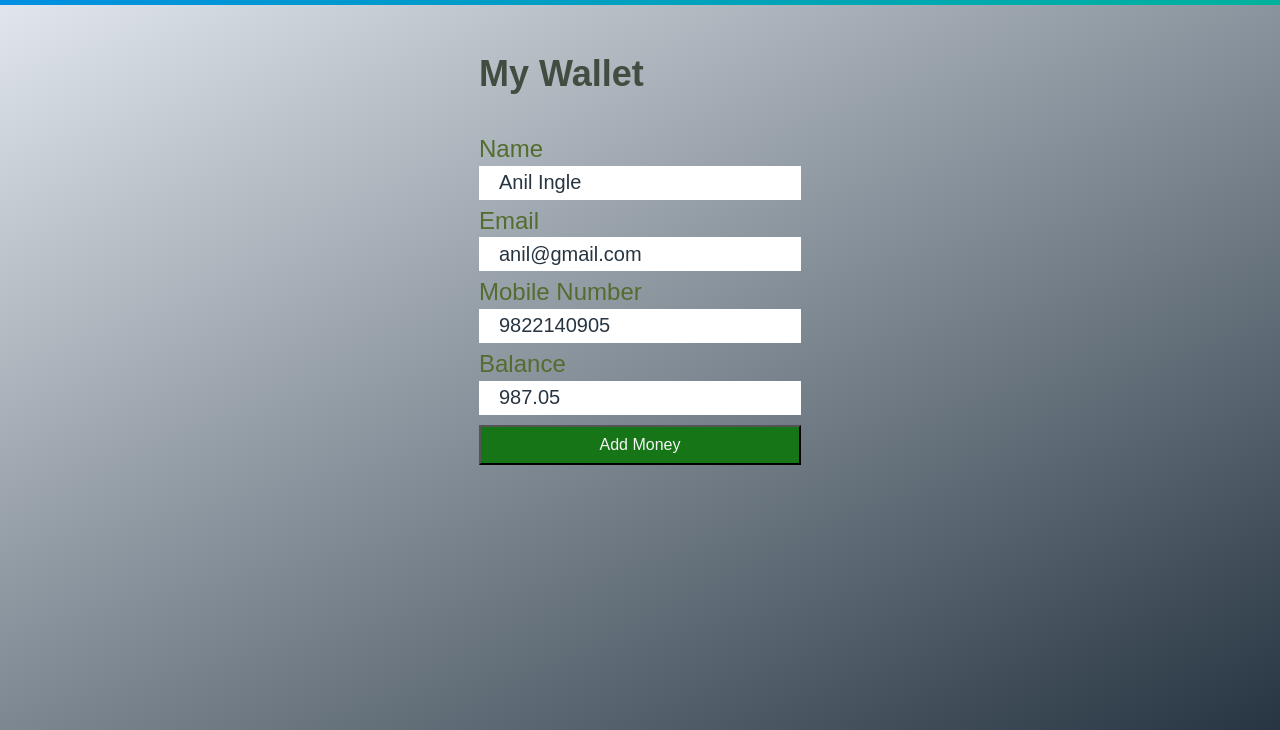
Repository: anil-ingle/dac-proj
Page: onlineparking/src/main/webapp/layout/user/wallet.html
These files come from the project's save history. The page is drawn as it stood at one moment and after the next save; the edit follows.
The browser window is 1280 px wide. The pictures show the whole page.

Above is the page before, as saved 2018-07-29 17:04:40.
Console error: TypeError: Cannot read properties of null (reading 'fName')

After the next save:
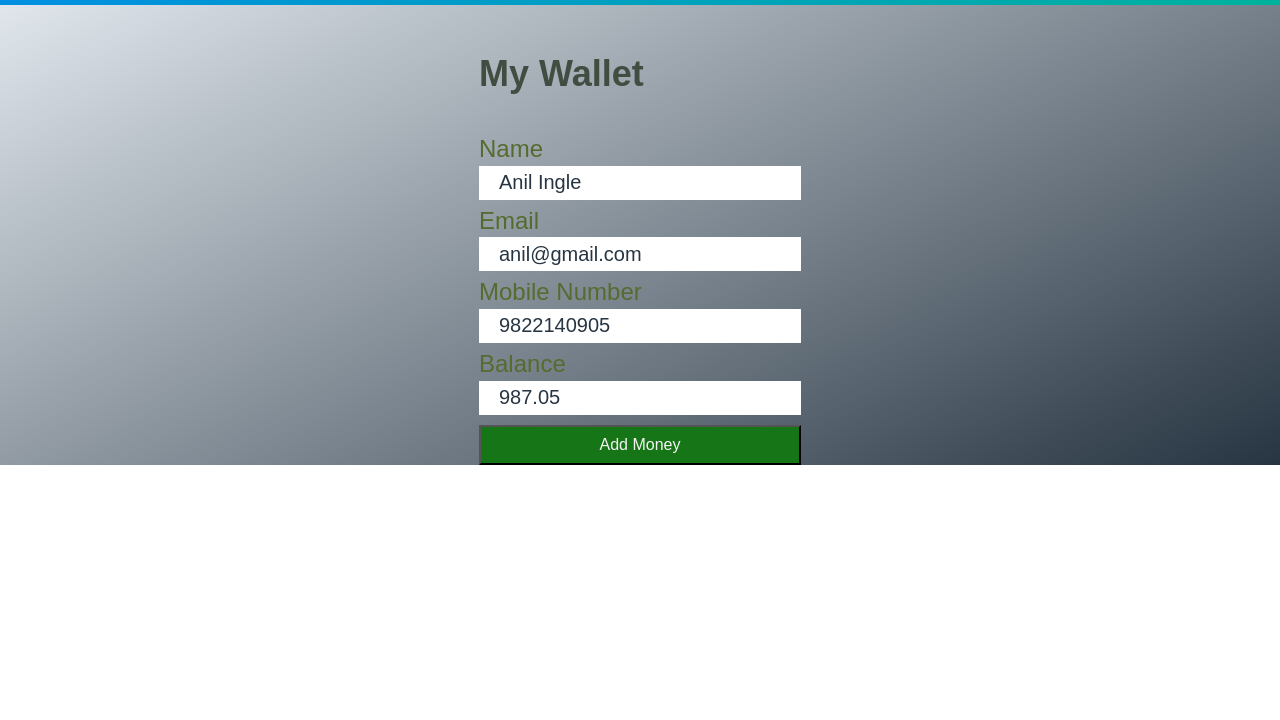
Saved 8 s later.
--- a/onlineparking/src/main/webapp/layout/user/wallet.html
+++ b/onlineparking/src/main/webapp/layout/user/wallet.html
@@ -33,8 +33,7 @@
         }
 
         .container {
-            width: 100%;
-            height: 100%;
+
             display: flex;
             flex: 1 1 0%;
             /* align-items: center; */

After the save that followed:
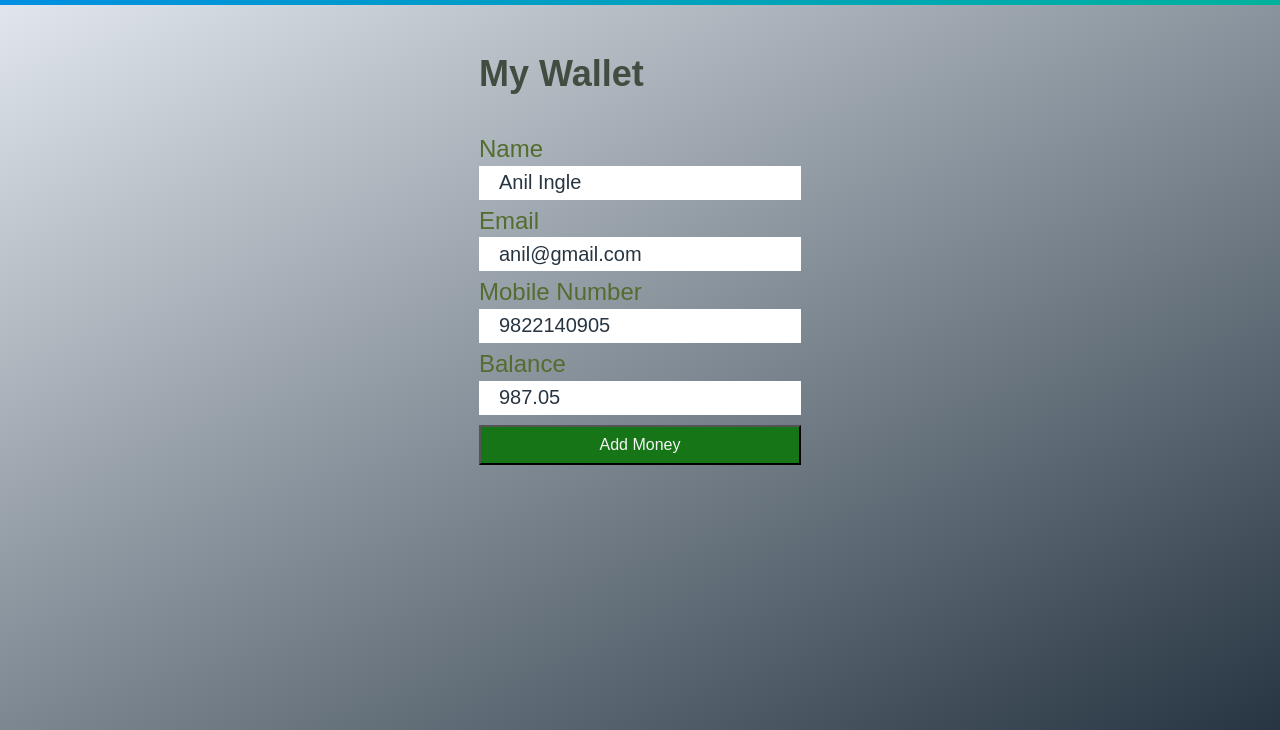
Saved 18 s later.
--- a/onlineparking/src/main/webapp/layout/user/wallet.html
+++ b/onlineparking/src/main/webapp/layout/user/wallet.html
@@ -33,7 +33,8 @@
         }
 
         .container {
-
+            width: 100%;
+            height: 100%;
             display: flex;
             flex: 1 1 0%;
             /* align-items: center; */
